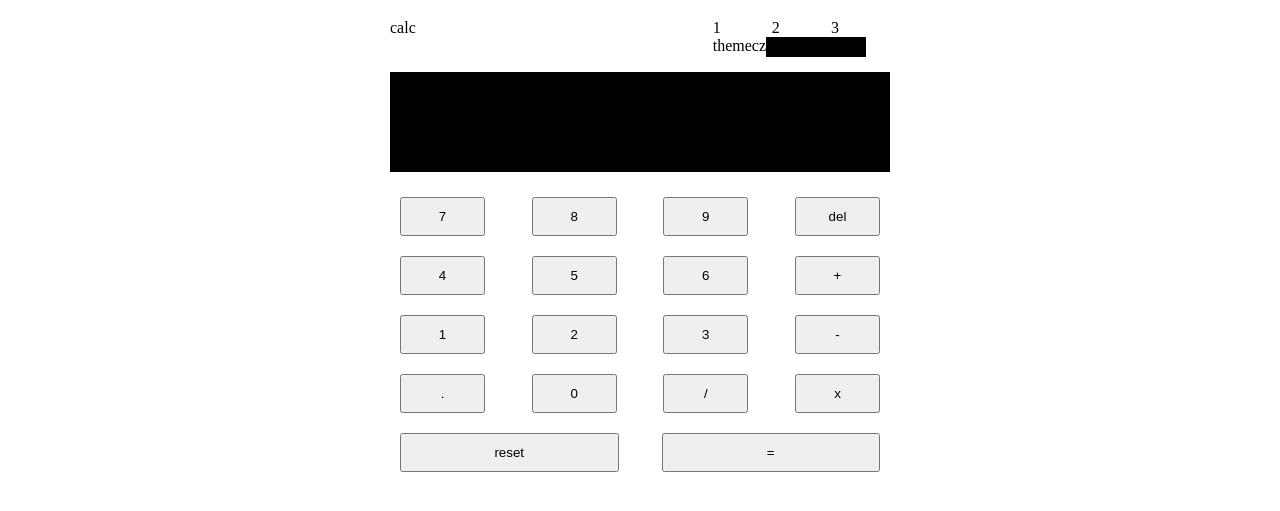
Repository: Eugene44-hub/basic-calculator
Page: index.html
The author's editor kept a copy of each file at every save. The page is drawn from the files as they stood at one save, then again after the next save.
The browser window is 1280 px wide. The pictures show the whole page.

Above is the page before, as saved 2021-10-01 14:46:13.
Console error: SyntaxError: Unexpected end of input

### index.html
<!DOCTYPE html>
<html lang="en">

<head>
    <link rel="stylesheet" href="style.css">
    <meta charset="UTF-8">
    <meta http-equiv="X-UA-Compatible" content="IE=edge">
    <meta name="viewport" content="width=device-width, initial-scale=1.0">
    <title>Document</title>
</head>

<body>
    <div class="cal-container">

        <div class="theme">
            <div class="header">calc</div>
            <div class="theme-number">
                <div class="number-toggle">
                    <span id="one">1</span>
                    <span id="two">2</span>
                    <span id="three">3</span>
                    <p>themecz</p>
                    <div class="toggle"></div>
                </div>
            </div>
        </div>
        <div class="output">

        </div>
        <div class="buttons">
            <button id="number-button">7</button>
            <button id="number-button">8</button>
            <button id="number-button">9</button>
            <button id="del-button">del</button>
            <button id="number-button">4</button>
            <button id="number-button">5</button>
            <button id="number-button">6</button>
            <button id="addition-button">+</button>
            <button id="number-button">1</button>
            <button id="number-button">2</button>
            <button id="number-button">3</button>
            <button id="minus-button">-</button>
            <button id="dot-button">.</button>
            <button id="number-button">0</button>
            <button id="division-button">/</button>
            <button id="multiply-button">x</button>
            <button id="reset-button">reset</button>
            <button id="equals-button">=</button>
        </div>
    </div>

    <script src="app.js"></script>
</body>

</html>

### style.css
* {
    padding: 0;
    margin: 0;
    box-sizing: border-box;
}

body {
    display: flex;
    height: 500px;
}

.theme {
    display: flex;
    flex-wrap: wrap;
}

.toggle {
    background-color: black;
    height: 20px;
    width: 100px;
}

.header {
    flex: 50%;
}

.theme-number {
    flex: 50%;
}

.number-toggle {
    float: right;
    display: flex;
    flex-wrap: wrap;
}

span {
    flex: 30%;
}

.cal-container {
    margin: auto;
    width: 500px;
}

.buttons {
    display: flex;
    flex-wrap: wrap;
    justify-content: space-between;
}

button {
    flex-basis: 17%;
    padding: 10px;
    margin: 10px;
}

#reset-button,
#equals-button {
    flex-basis: 43.7%
}

.output {
    height: 100px;
    background-color: black;
    margin: 15px 0
}

Loaded but not shown: app.js (common file)

After the next save:
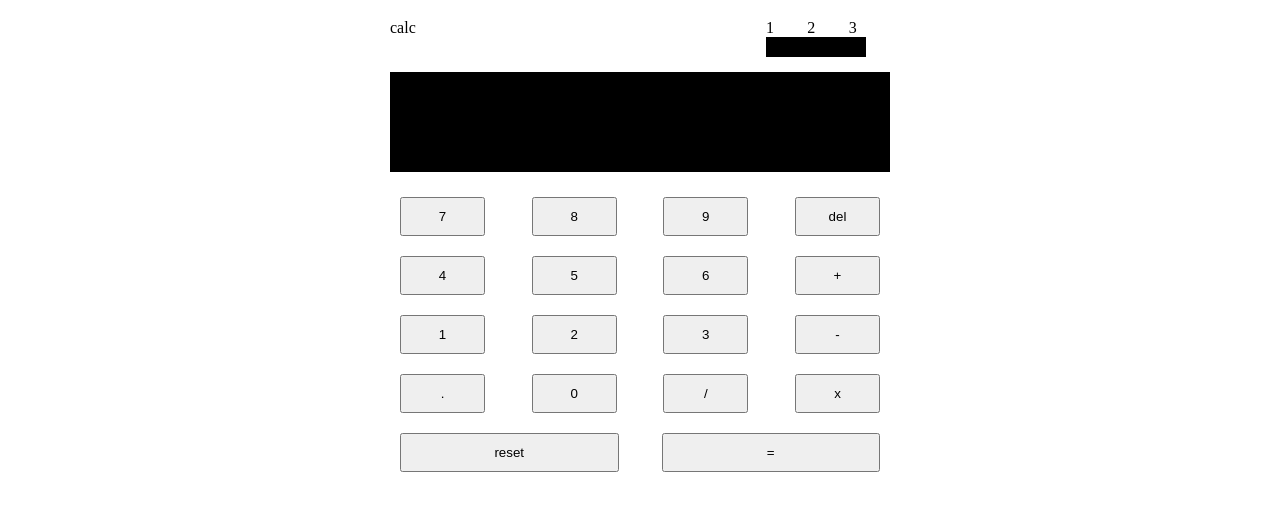
Saved 24 s later.
--- a/index.html
+++ b/index.html
@@ -19,7 +19,7 @@
                     <span id="one">1</span>
                     <span id="two">2</span>
                     <span id="three">3</span>
-                    <p>themecz</p>
+
                     <div class="toggle"></div>
                 </div>
             </div>
